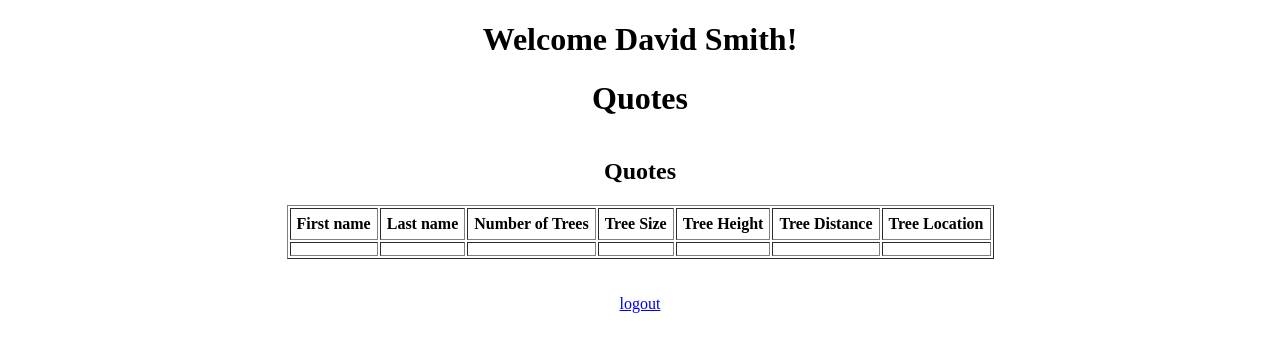
Repository: jrule5960/Tree-Cutting-Database
Page: http://localhost/database/DavidSmithView.jsp
These files come from the project's save history. The page is drawn as it stood at one moment and after the next save; the edit follows.
The browser window is 1280 px wide. The pictures show the whole page.
The page is served by Tomcat 9.

Above is the page before, as saved 2023-11-06 22:43:33.

After the next save:
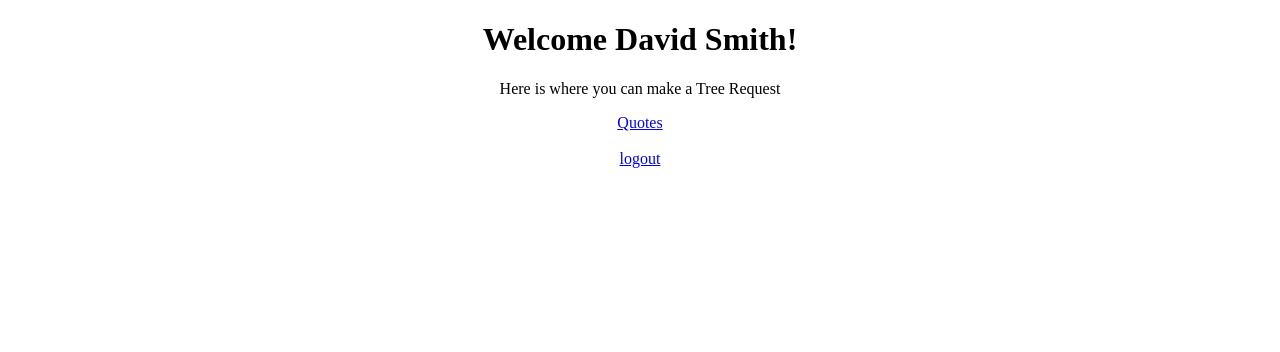
Saved 59 s later.
--- a/database/WebContent/DavidSmithView.jsp
+++ b/database/WebContent/DavidSmithView.jsp
@@ -10,46 +10,8 @@
 <center>
 <h1>Welcome David Smith!</h1>
 
-<h1>Quotes</h1>
-    <div align="center">
-        <table border="1" cellpadding="6">
-            <caption><h2>Quotes</h2></caption>
-            <tr>
-                <th>First name</th>
-
-                <th>Last name</th>
-
-                <th>Number of Trees</th>
-
-                <th>Tree Size</th>
-
-                <th>Tree Height</th>
-
-                <th>Tree Distance</th>
-
-                <th>Tree Location</th>
-            </tr>
-            <c:forEach var="users" items="${listUser}">
-                <tr style="text-align:center">
-                    <td><c:out value="${users.firstName}" /></td>
-
-                    <td><c:out value="${users.lastName}" /></td>
-
-                    <td><c:out value="${users.tree_amt}" /></td>
-
-			        <td><c:out value="${users.tree_size}" /></td>
-
-			        <td><c:out value="${users.tree_height}" /></td>
-
-                    <td><c:out value="${users.tree_distance}" /></td>
-
-                    <td><c:out value="${users.tree_location}" /></td>
-
-            </c:forEach>
-        </table>
-	</div>
-	</div>
-
+			<p>Here is where you can make a Tree Request</p>
+        	<a href="Quotes.jsp" target="_self">Quotes</a>
 
 <br> <br> <a href="login.jsp"target ="_self" > logout</a><br><br>
 
